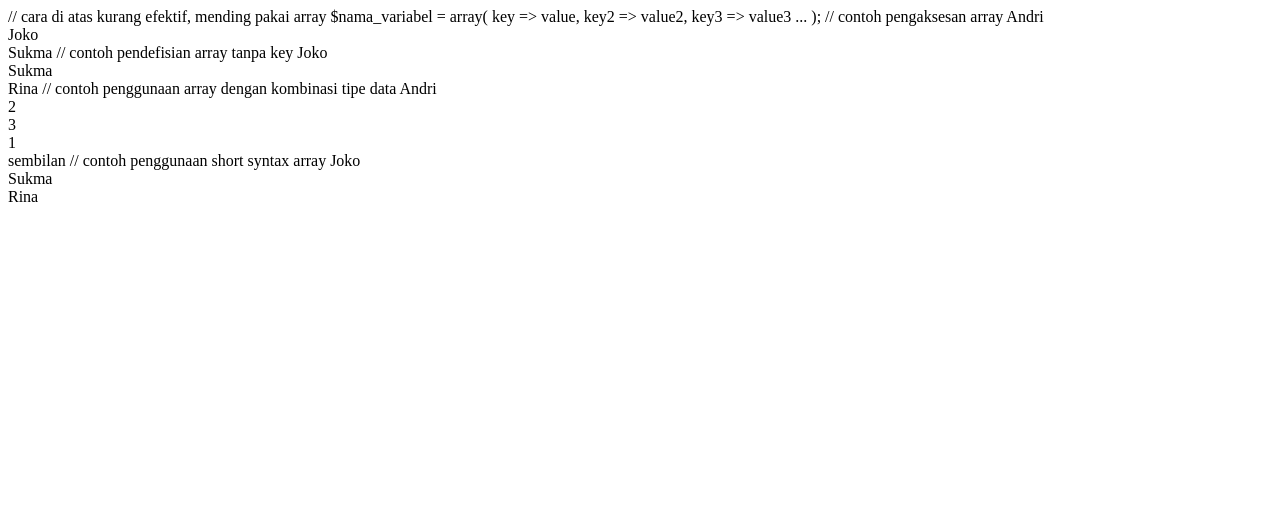
Repository: Bearli-py/latihan_PHP
Page: http://localhost/fungsi_array.php
These files come from the project's save history. The page is drawn as it stood at one moment and after the next save; the edit follows.
The browser window is 1280 px wide. The pictures show the whole page.
The page is run by PHP 8.4 with error messages shown; the project is at /var/www/html/.

Above is the page before, as saved 2025-10-07 13:48:51.

After the next save:
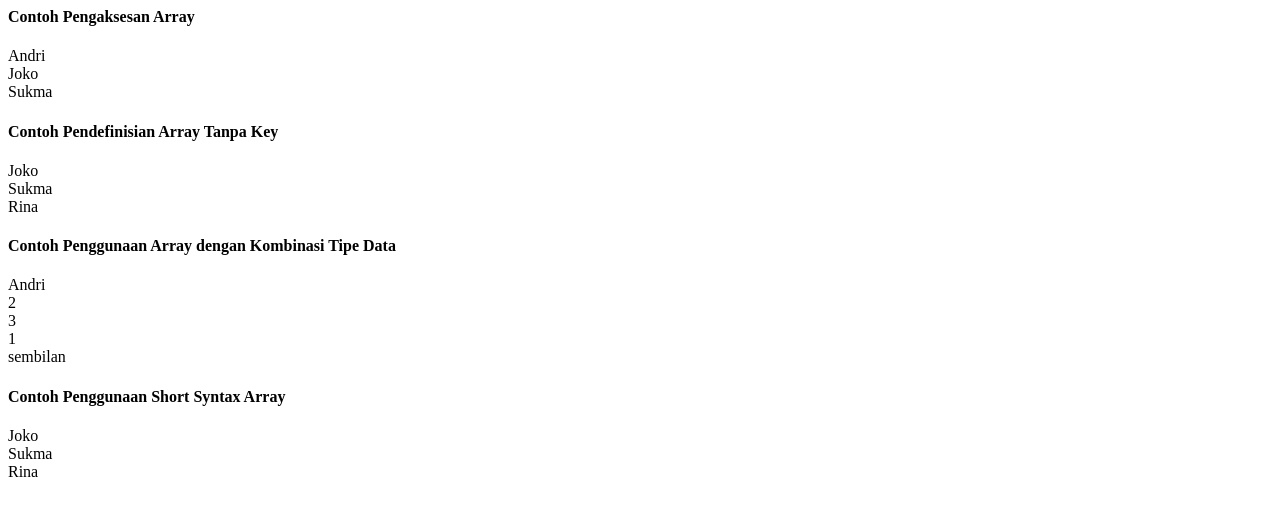
Saved 79 s later.
--- a/fungsi_array.php
+++ b/fungsi_array.php
@@ -7,17 +7,12 @@ $nama4 = "Sari";
 // ... dst sampai $nama10
 ?>
 
+<?php
 // cara di atas kurang efektif, mending pakai array
-$nama_variabel = array(
-    key => value,
-    key2 => value2,
-    key3 => value3
-    ...
-);
+// $nama_variabel = array(key => value, key2 => value2, key3 => value3 ...);
 
 // contoh pengaksesan array
-<?php
-// pembuatan array
+echo "<h4>Contoh Pengaksesan Array</h4>";
 $nama = array(
     1 => "Andri",
     2 => "Joko",
@@ -26,30 +21,20 @@ $nama = array(
     5 => "Sari"
 );
 
-// cara akses array
-echo $nama[1]; // Andri
-echo "<br />";
-echo $nama[2]; // Joko
-echo "<br />";
-echo $nama[3]; // Sukma
-?>
+echo $nama[1] . "<br />";
+echo $nama[2] . "<br />";
+echo $nama[3] . "<br />";
 
-// contoh pendefisian array tanpa key
-<?php
-// pembuatan array
+// contoh pendefinisian array tanpa key
+echo "<h4>Contoh Pendefinisian Array Tanpa Key</h4>";
 $nama = array("Andri", "Joko", "Sukma", "Rina", "Sari");
 
-// pengaksesan array
-echo $nama[1]; // Joko
-echo "<br />";
-echo $nama[2]; // Sukma
-echo "<br />";
-echo $nama[3]; // Rina
-?>
+echo $nama[1] . "<br />";
+echo $nama[2] . "<br />";
+echo $nama[3] . "<br />";
 
 // contoh penggunaan array dengan kombinasi tipe data
-<?php
-// pembuatan array
+echo "<h4>Contoh Penggunaan Array dengan Kombinasi Tipe Data</h4>";
 $coba = array(
     2 => "Andri",
     "dua" => "2",
@@ -58,27 +43,17 @@ $coba = array(
     9 => "sembilan",
 );
 
-// pengaksesan array
-echo $coba[2]; // Andri
-echo "<br />";
-echo $coba["dua"]; // 2
-echo "<br />";
-echo $coba['tiga']; // 3
-echo "<br />";
-echo $coba[true]; // 1 (true dikonversi menjadi 1)
-echo "<br />";
-echo $coba[9]; // sembilan
-?>
+echo $coba[2] . "<br />";
+echo $coba["dua"] . "<br />";
+echo $coba['tiga'] . "<br />";
+echo $coba[true] . "<br />";
+echo $coba[9] . "<br />";
 
 // contoh penggunaan short syntax array
-<?php
-// pembuatan array
+echo "<h4>Contoh Penggunaan Short Syntax Array</h4>";
 $nama = ["Andri", "Joko", "Sukma", "Rina", "Sari"];
 
-// pengaksesan array
-echo $nama[1]; // Joko
-echo "<br />";
-echo $nama[2]; // Sukma
-echo "<br />";
-echo $nama[3]; // Rina
+echo $nama[1] . "<br />";
+echo $nama[2] . "<br />";
+echo $nama[3] . "<br />";
 ?>
